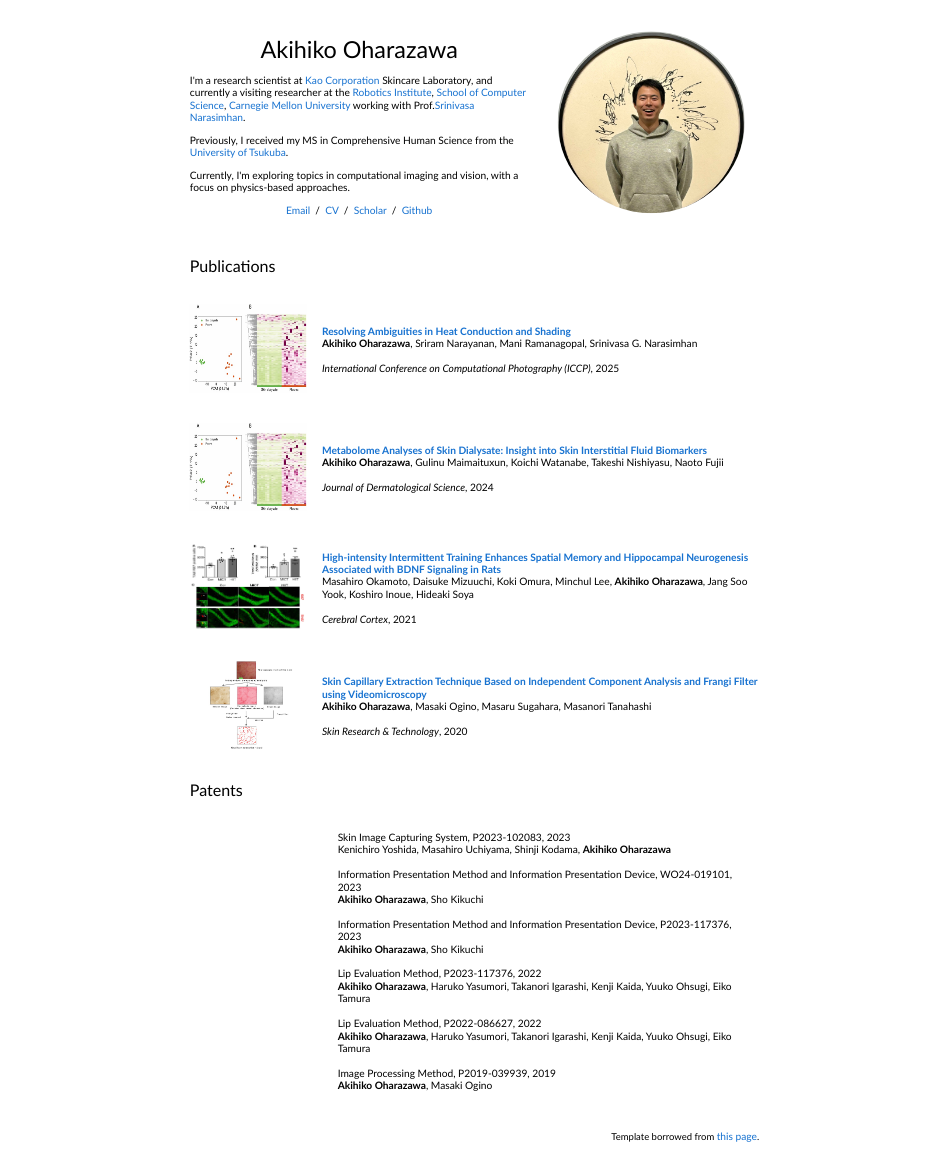
Repository: akihikooharazawa/akihikooharazawa.github.io
Page: index.html
The author's editor kept a copy of each file at every save. The page is drawn from the files as they stood at one save, then again after the next save.
The browser window is 1280 px wide. The pictures show the whole page, at 73% of full size.
Pictures or frames that could not be fetched are drawn as grey boxes.

Above is the page before, as saved 2025-07-25 11:10:38.

After the next save:
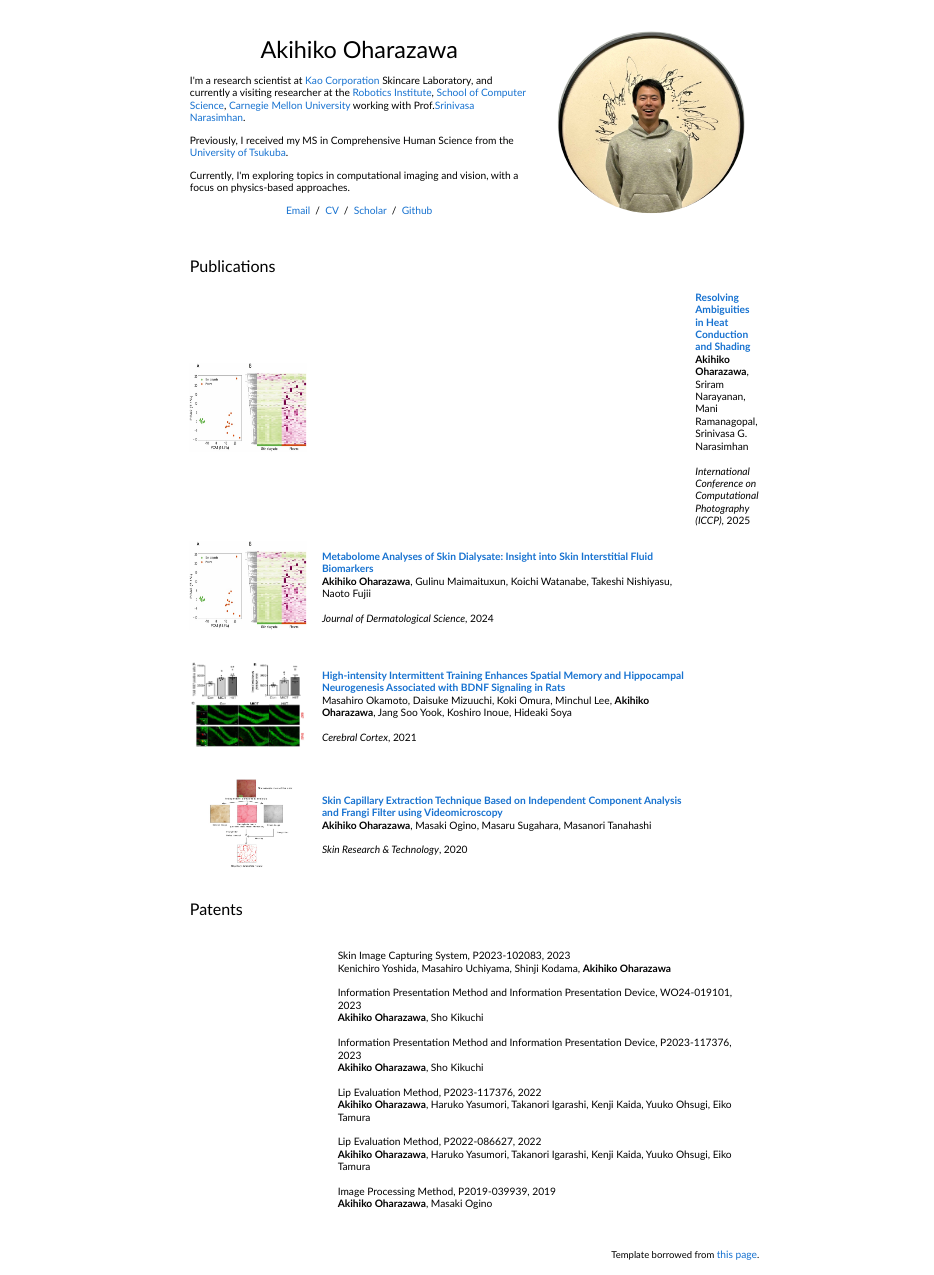
Saved 3 min 21 s later.
--- a/index.html
+++ b/index.html
@@ -67,6 +67,12 @@
               <td style="padding:20px;width:25%;vertical-align:middle">
                 <img src="images/isf_metabolomics.jpg" alt="isf_metabolomics" width="160" height="120" style="border-style: none">
               </td>
+              <td style="padding:20px;width:25%;vertical-align:middle">
+  <video id="theory" width="160" height="120" autoplay muted loop playsinline style="border-style: none">
+    <source src="static/videos/theory_intro.mp4" type="video/mp4">
+    Your browser does not support the video tag.
+  </video>
+</td>
               <td width="75%" valign="middle">
                 <a href="https://imaging.cs.cmu.edu/shape-from-laplacian-and-shading/">
                   <span class="papertitle">Resolving Ambiguities in Heat Conduction and Shading</span>
